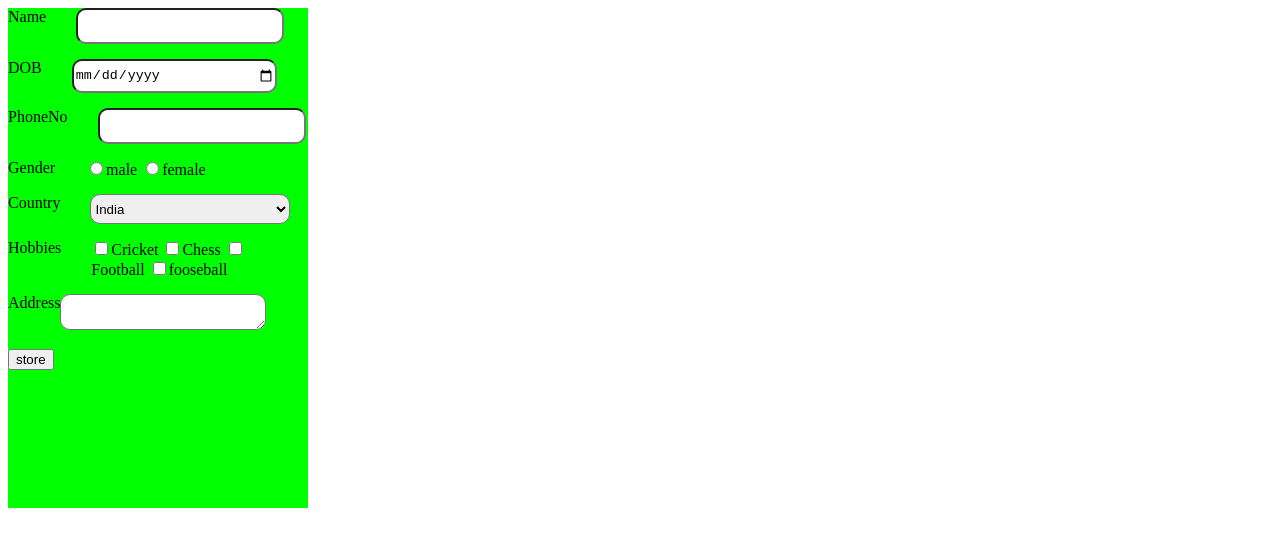
Repository: mnarendra333/batch21_WE
Page: RegApp/WebContent/index.html
The author's editor kept a copy of each file at every save. The page is drawn from the files as they stood at one save, then again after the next save.
The browser window is 1280 px wide. The pictures show the whole page.

Above is the page before, as saved 2019-02-10 07:26:11.

After the next save:
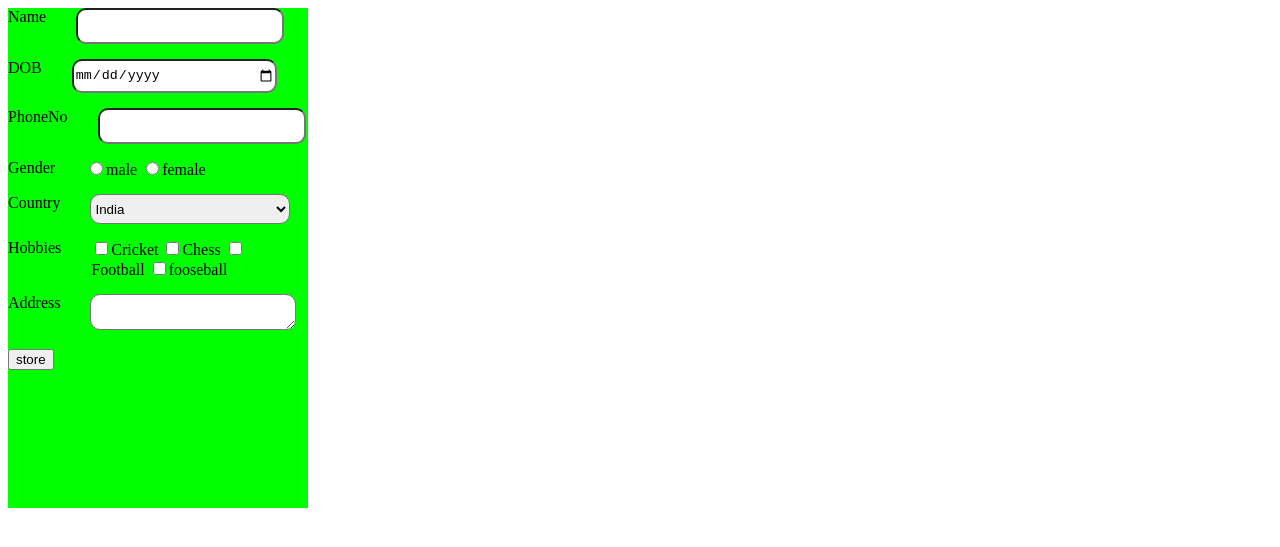
Saved 4 s later.
--- a/RegApp/WebContent/index.html
+++ b/RegApp/WebContent/index.html
@@ -88,7 +88,7 @@
 				</div>
 			</div>
 			<div class="rowDiv">
-				<div>Address</div>
+				<div class="lableDiv">Address</div>
 				<div>
 					<textarea name="addr" class="cInput"></textarea>
 				</div>
